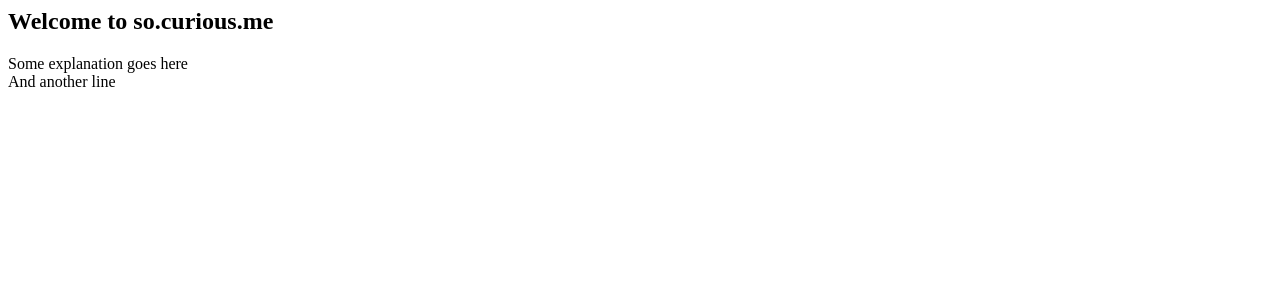
Repository: danbaryak/osgi-test-spa
Page: org.site.about/static/partials/about.html
An editor plug-in stored every save of this project. The page is shown before and after a run of saves, followed by the edit.
The browser window is 1280 px wide. The pictures show the whole page.

Above is the page before, as saved 2014-06-24 12:45:00.

After the next 2 saves:
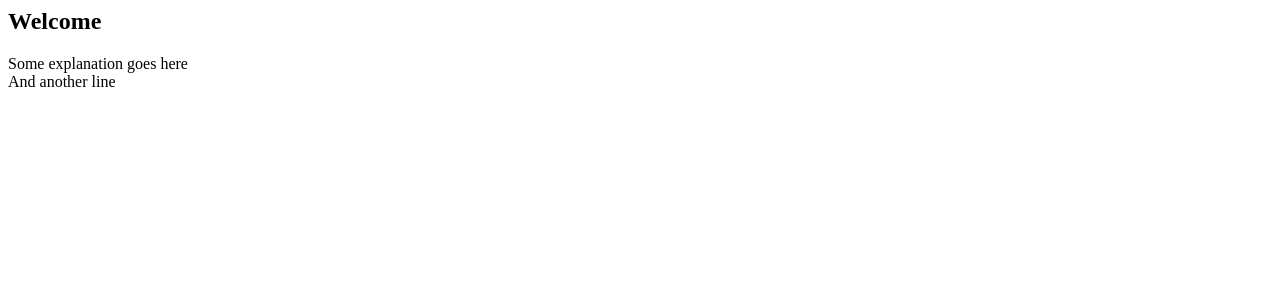
The 2 saves are shown as one change because they came seconds apart.
The last was saved 41 s later.
--- a/org.site.about/static/partials/about.html
+++ b/org.site.about/static/partials/about.html
@@ -1,5 +1,5 @@
 <div fade-in-up>
-	<h2>Welcome to so.curious.me</h2>
+	<h2>Welcome</h2>
 	<div class="explanation-box" fade-in delay=200>
 		Some explanation goes here<br>
 		And another line
